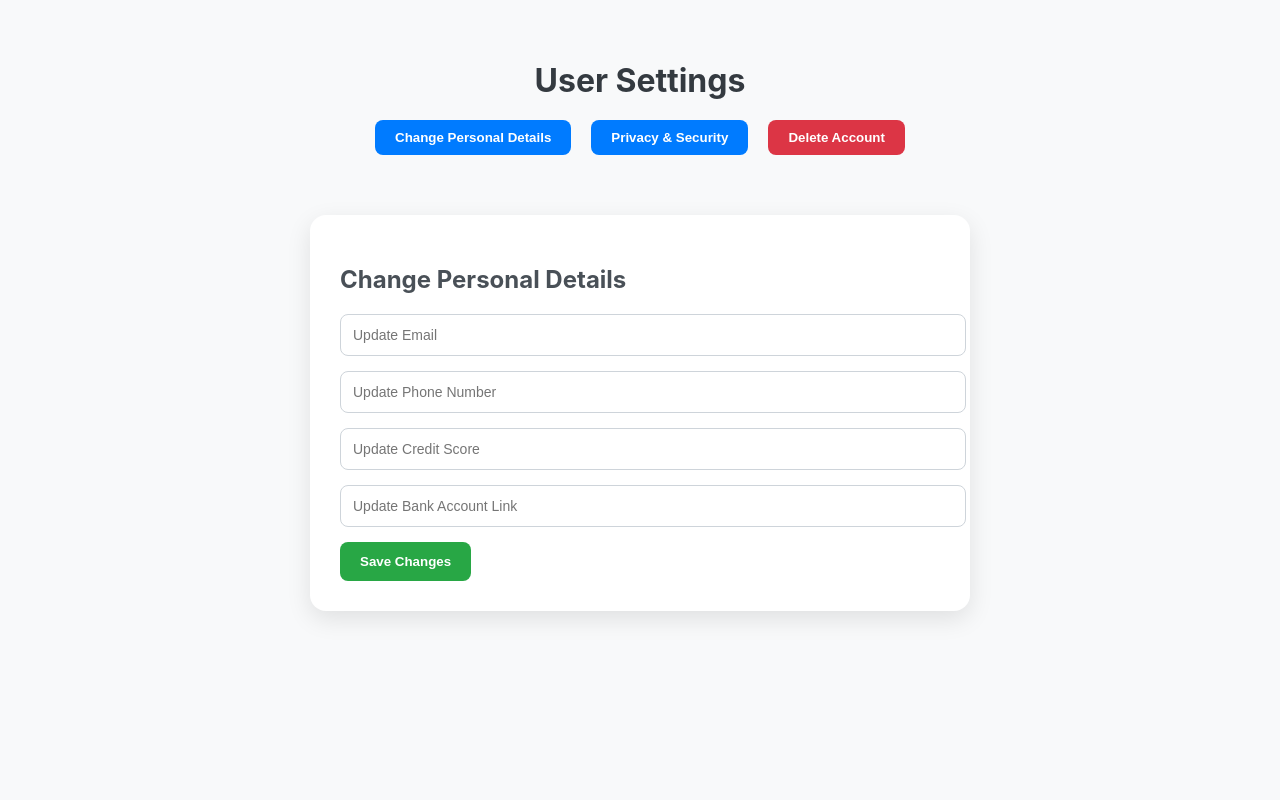
Repository: aab232/https---github.com-aab232-Deferred-Payment-Platform
Page: /settings (app in frontend/)
An editor plug-in stored every save of this project. The page is shown before and after the next save, followed by the edit.
The browser window is 1280 px wide. The pictures show the whole page.
The project was rebuilt for these pictures with package versions that can differ from the ones it lists, and the page was loaded fresh each time. Also part of the build but not shown: frontend/src/components/Home.js, frontend/src/components/Register.js, frontend/src/components/Login.js, frontend/src/components/Main.js.

Above is the page before, as saved 2025-03-21 01:40:38.

### frontend/src/App.js
import React from 'react';
import { BrowserRouter as Router, Routes, Route } from 'react-router-dom';
import Home from './components/Home';
import Register from './components/Register';
import Login from './components/Login';
import Main from './components/Main';
import Settings from './components/Settings';

const App = () => {
  return (
    <Router>
      <Routes>
        <Route path="/" element={<Home />} />
        <Route path="/login" element={<Login />} />
        <Route path="/register" element={<Register />} />
        <Route path="/main" element={<Main />} />
        <Route path="/settings" element={<Settings />} />
      </Routes>
    </Router>
  );
};

export default App;

### frontend/src/components/Settings.js
import React, { useState } from 'react';
import { useNavigate } from 'react-router-dom';
import axios from 'axios';
import './Settings.css';

const Settings = () => {
  const navigate = useNavigate();
  const [activeSection, setActiveSection] = useState('personalDetails');

  // State for personal details
  const [details, setDetails] = useState({
    email: '',
    phone_number: '',
    credit_score: '',
    bank_account_link: '',
  });

  // State for password update
  const [passwords, setPasswords] = useState({
    currentPassword: '',
    newPassword: '',
    confirmPassword: '',
  });

  // Handle input changes
  const handleChange = (e, section) => {
    const { name, value } = e.target;
    if (section === 'details') {
      setDetails({ ...details, [name]: value });
    } else if (section === 'passwords') {
      setPasswords({ ...passwords, [name]: value });
    }
  };

  // Submit updated personal details
  const updatePersonalDetails = async () => {
    try {
      const response = await axios.put('http://localhost:5000/update-details', details);
      alert(response.data.message);
    } catch (error) {
      alert('Error updating details.');
    }
  };

  // Update password
  const updatePassword = async () => {
    if (passwords.newPassword !== passwords.confirmPassword) {
      alert('New passwords do not match.');
      return;
    }
    try {
      const response = await axios.put('http://localhost:5000/update-password', passwords);
      alert(response.data.message);
    } catch (error) {
      alert('Error updating password.');
    }
  };

  // Delete Account
  const deleteAccount = async () => {
    if (window.confirm('Are you sure you want to delete your account? This action is irreversible.')) {
      try {
        await axios.delete('http://localhost:5000/delete-account');
        alert('Account deleted successfully.');
        navigate('/login');
      } catch (error) {
        alert('Error deleting account.');
      }
    }
  };

  return (
    <div className="settings-container">
      <h1>User Settings</h1>
      <div className="menu">
        <button onClick={() => setActiveSection('personalDetails')}>Change Personal Details</button>
        <button onClick={() => setActiveSection('privacySecurity')}>Privacy & Security</button>
        <button onClick={deleteAccount} className="danger">Delete Account</button>
      </div>

      {activeSection === 'personalDetails' && (
        <div className="section">
          <h2>Change Personal Details</h2>
          <input type="email" name="email" placeholder="Update Email" value={details.email} onChange={(e) => handleChange(e, 'details')} />
          <input type="text" name="phone_number" placeholder="Update Phone Number" value={details.phone_number} onChange={(e) => handleChange(e, 'details')} />
          <input type="number" name="credit_score" placeholder="Update Credit Score" value={details.credit_score} onChange={(e) => handleChange(e, 'details')} />
          <input type="text" name="bank_account_link" placeholder="Update Bank Account Link" value={details.bank_account_link} onChange={(e) => handleChange(e, 'details')} />
          <button onClick={updatePersonalDetails}>Save Changes</button>
        </div>
      )}

      {activeSection === 'privacySecurity' && (
        <div className="section">
          <h2>Privacy & Security</h2>
          <input type="password" name="currentPassword" placeholder="Current Password" value={passwords.currentPassword} onChange={(e) => handleChange(e, 'passwords')} />
          <input type="password" name="newPassword" placeholder="New Password" value={passwords.newPassword} onChange={(e) => handleChange(e, 'passwords')} />
          <input type="password" name="confirmPassword" placeholder="Confirm New Password" value={passwords.confirmPassword} onChange={(e) => handleChange(e, 'passwords')} />
          <button onClick={updatePassword}>Change Password</button>
          <p className="info">🔒 2FA Setup and account verification coming soon.</p>
        </div>
      )}
    </div>
  );
};

export default Settings;

### frontend/src/components/Home.css
.container {
    display: flex;
    justify-content: center;
    align-items: center;
    height: 100vh; /* Full viewport height */
    background: linear-gradient(135deg, #252f3b, #252d3b); /* Elegant gradient */
  }

  .card {
    text-align: center;
    background: #fff;
    padding: 40px 60px;
    border-radius: 24px;
    box-shadow: 0 8px 32px rgba(0, 0, 0, 0.2);
    max-width: 350px;
    width: 100%;
  }

  h1 {
    margin-bottom: 16px;
    font-size: 28px;
    color: #252f3b;
  }

  p {
    margin-bottom: 32px;
    font-size: 16px;
    color: #555;
  }

  .button-group {
    display: flex;
    justify-content: space-between;
  }

  .btn {
    padding: 12px 24px;
    font-size: 16px;
    border: none;
    border-radius: 30px; /* Rounded buttons */
    cursor: pointer;
    transition: background 0.3s ease;
    color: white;
    background: #252f3b;
  }

  .btn:hover {
    background: #252f3b; /* Button hover effect */
  }

### frontend/src/components/Form.css
.container {
    display: flex;
    justify-content: center;
    align-items: center;
    height: 100vh;
    background: linear-gradient(200deg, #eff7f6, #F7D6E0);
  }

  .form-card {
    background: white;
    padding: 40px 60px;
    border-radius: 24px;
    box-shadow: 0 8px 32px rgba(0, 0, 0, 0.2);
    max-width: 400px;
    width: 100%;
    text-align: center;
  }

  h2 {
    color: #252f3b;
  }

  input {
    display: block;
    width: 100%;
    margin: 10px 0;
    padding: 12px;
    border: 1px solid #ddd;
    border-radius: 30px;
  }

  .btn {
    padding: 12px 24px;
    margin-top: 20px;
    border-radius: 30px;
    border: none;
    color: white;
    background: #6b212e;
    cursor: pointer;
  }

  .btn:hover {
    background: #a41b34;
  }

  .link {
    color: #6b212e;
    cursor: pointer;
  }

### frontend/src/components/Main.css
.main-container {
    display: flex;
    flex-direction: column;
    align-items: center;
    justify-content: center;
    height: 100vh;
    background: #f8f9fa;
  }

  .taskbar {
    position: absolute;
    top: 20px;
    right: 40px;
    display: flex;
    gap: 20px;
  }

  .tab {
    cursor: pointer;
    padding: 8px 16px;
    border-radius: 8px;
    transition: background 0.3s ease;
  }

  .tab:hover {
    background: #F7D6E0;
    color: white;
  }

  .logout {
    color: red;
  }

  h1 {
    font-size: 2rem;
    color: #343a40;
  }

  p {
    color: #6c757d;
  }

### frontend/src/components/Settings.css
.settings-container {
    display: flex;
    flex-direction: column;
    align-items: center;
    padding: 40px 20px;
    background: #f8f9fa;
    min-height: 100vh;
  }

  h1 {
    color: #343a40;
    margin-bottom: 20px;
  }

  .menu {
    display: flex;
    gap: 20px;
    margin-bottom: 40px;
  }

  .menu button {
    padding: 10px 20px;
    border: none;
    border-radius: 8px;
    cursor: pointer;
    transition: background 0.3s ease;
    font-weight: bold;
    background: #007bff;
    color: white;
  }

  .menu .danger {
    background: #dc3545;
  }

  .menu button:hover {
    opacity: 0.8;
  }

  /* Dropdown styling */
  .dropdown {
    display: flex;
    flex-direction: column;
    gap: 10px;
    margin-top: 20px;
  }

  .dropdown button {
    padding: 8px 16px;
    border: none;
    border-radius: 8px;
    background: #6c757d;
    color: white;
    cursor: pointer;
    transition: background 0.3s ease;
  }

  .dropdown button:hover {
    background: #495057;
  }

  /* Section Styling */
  .section {
    width: 100%;
    max-width: 600px;
    background: white;
    padding: 30px;
    border-radius: 16px;
    box-shadow: 0 8px 24px rgba(0, 0, 0, 0.1);
    margin-top: 20px;
  }

  h2 {
    color: #495057;
    margin-bottom: 20px;
  }

  input {
    width: 100%;
    padding: 12px;
    margin-bottom: 15px;
    border: 1px solid #ced4da;
    border-radius: 8px;
    font-size: 14px;
  }

  button {
    padding: 12px 20px;
    border: none;
    border-radius: 8px;
    cursor: pointer;
    background: #28a745;
    color: white;
    font-weight: bold;
  }

  button:hover {
    opacity: 0.9;
  }

  .info {
    margin-top: 20px;
    color: #6c757d;
  }

Loaded but not shown: frontend/public/index.html (common file); frontend/src/index.js (common file); frontend/src/index.css (common file)

After the next save:
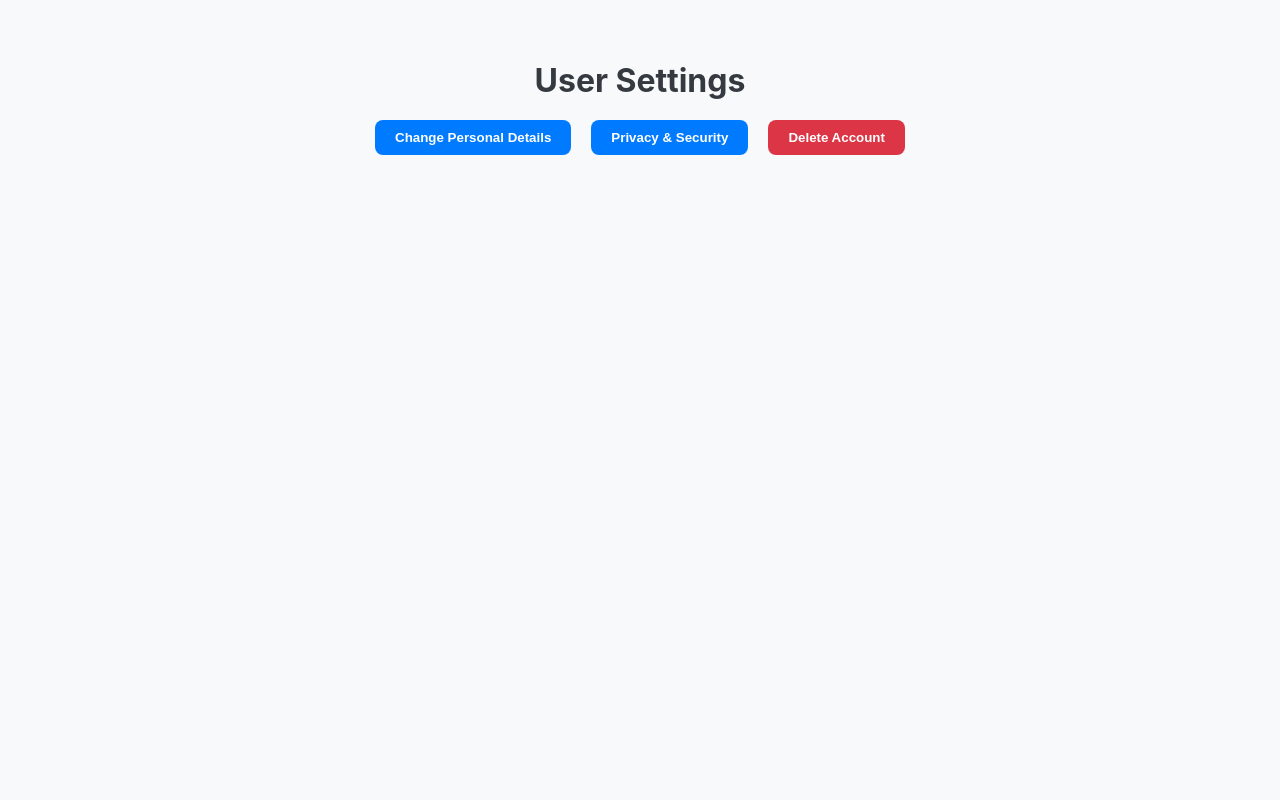
Saved 97 s later.
--- a/frontend/src/components/Settings.js
+++ b/frontend/src/components/Settings.js
@@ -5,51 +5,51 @@ import './Settings.css';
 
 const Settings = () => {
   const navigate = useNavigate();
-  const [activeSection, setActiveSection] = useState('personalDetails');
 
-  // State for personal details
-  const [details, setDetails] = useState({
+  // Active Section & Subsection Management
+  const [activeSection, setActiveSection] = useState('');
+  const [activeSubSection, setActiveSubSection] = useState('');
+
+  // Form State Management
+  const [formData, setFormData] = useState({
     email: '',
     phone_number: '',
     credit_score: '',
-    bank_account_link: '',
-  });
-
-  // State for password update
-  const [passwords, setPasswords] = useState({
+    bank_account: '',
     currentPassword: '',
     newPassword: '',
     confirmPassword: '',
   });
 
-  // Handle input changes
-  const handleChange = (e, section) => {
+  // Handle Input Changes
+  const handleChange = (e) => {
     const { name, value } = e.target;
-    if (section === 'details') {
-      setDetails({ ...details, [name]: value });
-    } else if (section === 'passwords') {
-      setPasswords({ ...passwords, [name]: value });
+    setFormData({ ...formData, [name]: value });
+  };
+
+  // Update Personal Details
+  const updateDetails = async (field) => {
+    try {
+      const response = await axios.put('http://localhost:5000/update-details', {
+        [field]: formData[field],
+      });
+      alert(response.data.message);
+    } catch (error) {
+      alert('Error updating ' + field);
     }
   };
 
-  // Submit updated personal details
-  const updatePersonalDetails = async () => {
-    try {
-      const response = await axios.put('http://localhost:5000/update-details', details);
-      alert(response.data.message);
-    } catch (error) {
-      alert('Error updating details.');
-    }
-  };
-
-  // Update password
+  // Update Password
   const updatePassword = async () => {
-    if (passwords.newPassword !== passwords.confirmPassword) {
+    if (formData.newPassword !== formData.confirmPassword) {
       alert('New passwords do not match.');
       return;
     }
     try {
-      const response = await axios.put('http://localhost:5000/update-password', passwords);
+      const response = await axios.put('http://localhost:5000/update-password', {
+        currentPassword: formData.currentPassword,
+        newPassword: formData.newPassword,
+      });
       alert(response.data.message);
     } catch (error) {
       alert('Error updating password.');
@@ -72,31 +72,80 @@ const Settings = () => {
   return (
     <div className="settings-container">
       <h1>User Settings</h1>
+
       <div className="menu">
-        <button onClick={() => setActiveSection('personalDetails')}>Change Personal Details</button>
-        <button onClick={() => setActiveSection('privacySecurity')}>Privacy & Security</button>
-        <button onClick={deleteAccount} className="danger">Delete Account</button>
+        <button onClick={() => setActiveSection('personalDetails')}>
+          Change Personal Details
+        </button>
+        <button onClick={() => setActiveSection('privacySecurity')}>
+          Privacy & Security
+        </button>
+        <button onClick={deleteAccount} className="danger">
+          Delete Account
+        </button>
       </div>
 
+      {/* Change Personal Details Section */}
       {activeSection === 'personalDetails' && (
-        <div className="section">
-          <h2>Change Personal Details</h2>
-          <input type="email" name="email" placeholder="Update Email" value={details.email} onChange={(e) => handleChange(e, 'details')} />
-          <input type="text" name="phone_number" placeholder="Update Phone Number" value={details.phone_number} onChange={(e) => handleChange(e, 'details')} />
-          <input type="number" name="credit_score" placeholder="Update Credit Score" value={details.credit_score} onChange={(e) => handleChange(e, 'details')} />
-          <input type="text" name="bank_account_link" placeholder="Update Bank Account Link" value={details.bank_account_link} onChange={(e) => handleChange(e, 'details')} />
-          <button onClick={updatePersonalDetails}>Save Changes</button>
+        <div className="dropdown">
+          <button onClick={() => setActiveSubSection('email')}>Update Email</button>
+          <button onClick={() => setActiveSubSection('phone_number')}>Update Phone Number</button>
+          <button onClick={() => setActiveSubSection('credit_score')}>Update Credit Score</button>
+          <button onClick={() => setActiveSubSection('bank_account')}>Update Bank Account Details</button>
         </div>
       )}
 
       {activeSection === 'privacySecurity' && (
+        <div className="dropdown">
+          <button onClick={() => setActiveSubSection('password')}>Change Password</button>
+          <p className="info">🔒 2FA and account verification coming soon.</p>
+        </div>
+      )}
+
+      {/* Input Forms (Display Based on Active Subsection) */}
+      {activeSubSection && (
         <div className="section">
-          <h2>Privacy & Security</h2>
-          <input type="password" name="currentPassword" placeholder="Current Password" value={passwords.currentPassword} onChange={(e) => handleChange(e, 'passwords')} />
-          <input type="password" name="newPassword" placeholder="New Password" value={passwords.newPassword} onChange={(e) => handleChange(e, 'passwords')} />
-          <input type="password" name="confirmPassword" placeholder="Confirm New Password" value={passwords.confirmPassword} onChange={(e) => handleChange(e, 'passwords')} />
-          <button onClick={updatePassword}>Change Password</button>
-          <p className="info">🔒 2FA Setup and account verification coming soon.</p>
+          {activeSubSection !== 'password' ? (
+            <>
+              <h2>Update {activeSubSection.replace('_', ' ')}</h2>
+              <input
+                type={activeSubSection === 'email' ? 'email' : 'text'}
+                name={activeSubSection}
+                placeholder={`Enter new ${activeSubSection.replace('_', ' ')}`}
+                value={formData[activeSubSection]}
+                onChange={handleChange}
+              />
+              <button onClick={() => updateDetails(activeSubSection)}>
+                Save Changes
+              </button>
+            </>
+          ) : (
+            <>
+              <h2>Change Password</h2>
+              <input
+                type="password"
+                name="currentPassword"
+                placeholder="Current Password"
+                value={formData.currentPassword}
+                onChange={handleChange}
+              />
+              <input
+                type="password"
+                name="newPassword"
+                placeholder="New Password"
+                value={formData.newPassword}
+                onChange={handleChange}
+              />
+              <input
+                type="password"
+                name="confirmPassword"
+                placeholder="Confirm New Password"
+                value={formData.confirmPassword}
+                onChange={handleChange}
+              />
+              <button onClick={updatePassword}>Update Password</button>
+            </>
+          )}
         </div>
       )}
     </div>
